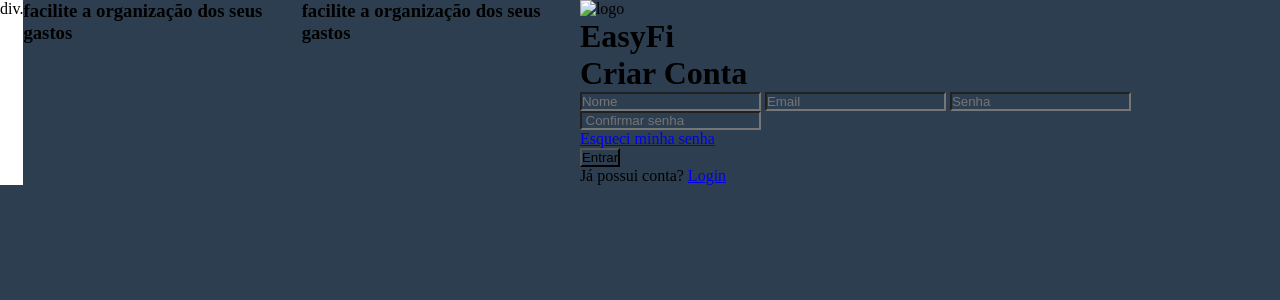
Repository: Ingridiag/projeto-engenharia
Page: login.html
An editor plug-in stored every save of this project. The page is shown before and after a run of saves, followed by the edit.
The browser window is 1280 px wide. The pictures show the whole page.

Above is the page before, as saved 2024-10-28 14:51:00.

### login.html
<!DOCTYPE html>
<html lang="pt">

<head>
    <meta charset="UTF-8">
    <meta name="viewport" content="width=device-width, initial-scale=1.0">
    <link rel="stylesheet" href="style.css">
    <title>Login</title>
</head>

<body>
    <div class="container">

        <!-- Tela Login -->
        div.

        <div class="segunda-coluna">
            <h3 class="mensagem">
                facilite a organização dos seus gastos
            </h3>
        </div>

        <!-- Tela Cadastro -->
        <div class="primeira-coluna">
            <h3 class="mensagem">
                facilite a organização dos seus gastos
            </h3>
        </div>

        <div class="segunda-coluna">
            <div>
                <img src="#" alt="logo">
                <h1>EasyFi</h1>
            </div>
            <div>
                <h1 class="title">Criar Conta</h1>
                <form>
                    <input type="text" placeholder="Nome">
                    <input type="email" placeholder="Email">
                    <input type="password" placeholder="Senha">
                    <input type="password" placeholder=" Confirmar senha">
                </form>
                <div>
                    <a href="#" class="link">Esqueci minha senha</a>

                </div>
                <div class="btn-default">
                    <button>
                        Entrar
                    </button>
                </div>
                <div>
                    <p>Já possui conta?
                        <span>
                            <a href="#" class="link">Login</a>
                        </span>
                    </p>
                </div>
            </div>
        </div>
    </div>

</body>

</html>

### style.css
* {
    margin: 0;
    padding: 0;
    box-sizing: border-box;
    background: #2C3E50;
}
.container{
    background: #fff;
    display: flex;
}

.primeira-coluna{
    display: flex;
    flex-direction: column;
}

After the next 4 saves:
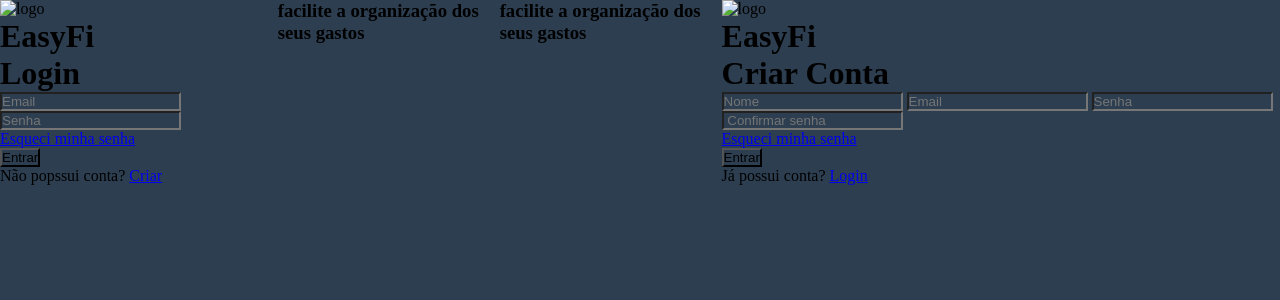
The 4 saves are shown as one change because they came seconds apart.
The last was saved 9 s later.
--- a/login.html
+++ b/login.html
@@ -12,7 +12,37 @@
     <div class="container">
 
         <!-- Tela Login -->
-        div.
+        <div class="login">
+            <div class="primeira-coluna">
+                <div>
+                    <img src="#" alt="logo">
+                    <h1>EasyFi</h1>
+                </div>
+                <div>
+                    <h1 class="title">Login</h1>
+                    <form>
+                        <input type="email" placeholder="Email">
+                        <input type="password" placeholder="Senha">
+                    </form>
+                    <div>
+                        <a href="#" class="link">Esqueci minha senha</a>
+
+                    </div>
+                    <div class="btn-default">
+                        <button>
+                            Entrar
+                        </button>
+                    </div>
+                    <div>
+                        <p>Não popssui conta?
+                            <span>
+                                <a href="#" class="link">Criar</a>
+                            </span>
+                        </p>
+                    </div>
+                </div>
+            </div>
+        </div>
 
         <div class="segunda-coluna">
             <h3 class="mensagem">
